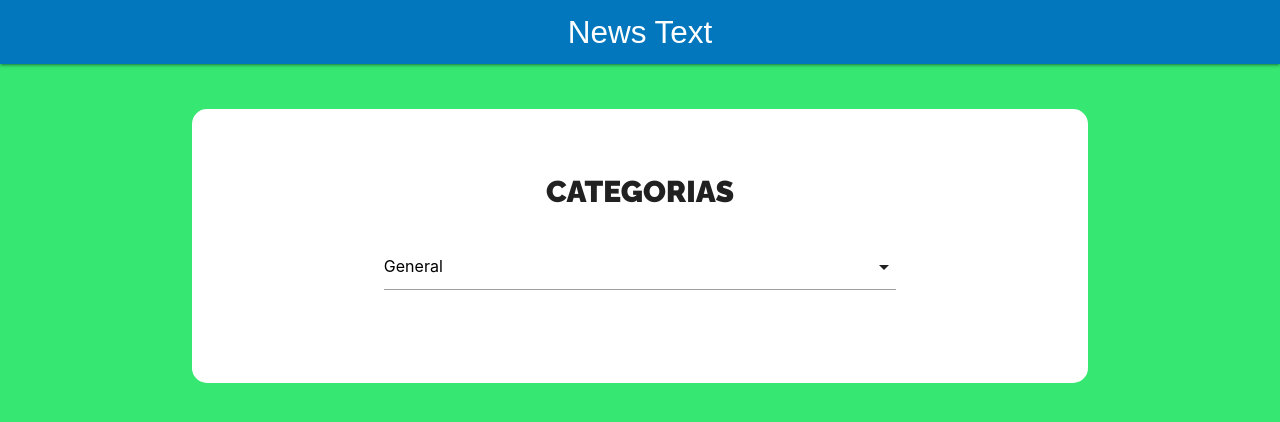
Repository: harrycampaz/news-react
Page: /
These files come from the project's save history. The page is drawn as it stood at one moment and after the next save; the edit follows.
The browser window is 1280 px wide. The pictures show the whole page.
The page's requests for data from a server got no answer. The project was rebuilt for these pictures with package versions that can differ from the ones it lists, and the page was loaded fresh each time. No one was signed in, and anything a server would have sent is missing. Also part of the build but not shown: src/components/news/News.js.

Above is the page before, as saved 2020-01-17 14:08:26.

### public/index.html
<!DOCTYPE html>
<html lang="en">
  <head>
    <meta charset="utf-8" />
    <link rel="icon" href="%PUBLIC_URL%/favicon.ico" />
    <meta name="viewport" content="width=device-width, initial-scale=1" />
    <meta name="theme-color" content="#000000" />
    <meta
      name="description"
      content="Web site created using create-react-app"
    />
    <link rel="apple-touch-icon" href="%PUBLIC_URL%/logo192.png" />
    <!--
      manifest.json provides metadata used when your web app is installed on a
      user's mobile device or desktop. See https://developers.google.com/web/fundamentals/web-app-manifest/
    -->
    <link rel="manifest" href="%PUBLIC_URL%/manifest.json" />
    <link rel="stylesheet" href="https://cdnjs.cloudflare.com/ajax/libs/materialize/1.0.0/css/materialize.min.css">
    <link href="https://fonts.googleapis.com/css?family=Raleway:700,900" rel="stylesheet">





    <!--
      Notice the use of %PUBLIC_URL% in the tags above.
      It will be replaced with the URL of the `public` folder during the build.
      Only files inside the `public` folder can be referenced from the HTML.

      Unlike "/favicon.ico" or "favicon.ico", "%PUBLIC_URL%/favicon.ico" will
      work correctly both with client-side routing and a non-root public URL.
      Learn how to configure a non-root public URL by running `npm run build`.
    -->
    <title>React App</title>
  </head>
  <body>
    <noscript>You need to enable JavaScript to run this app.</noscript>
    <div id="root"></div>
    <!--
      This HTML file is a template.
      If you open it directly in the browser, you will see an empty page.

      You can add webfonts, meta tags, or analytics to this file.
      The build step will place the bundled scripts into the <body> tag.

      To begin the development, run `npm start` or `yarn start`.
      To create a production bundle, use `npm run build` or `yarn build`.
    -->
    <script src="https://cdnjs.cloudflare.com/ajax/libs/materialize/1.0.0/js/materialize.min.js"></script>
    <script>
     document.addEventListener('DOMContentLoaded', function() {
         var elements = document.querySelectorAll('select');
         M.FormSelect.init(elements);
     });
   </script>
  </body>
</html>

### src/index.css
body {
  margin: 0;
  padding: 0;
  font-family: sans-serif;
}

body {
  background-color: #36e771;
}
.card-content h3 {
  font-size: 1.4rem;
}
.row {
  display: flex;
  flex-wrap: wrap;
}
.contenedor-noticias {
  padding: 2rem;
  border-radius: 1rem;
  margin-top: 3rem;
}

.buscador {
  margin-top: 2rem;
  margin-bottom: 2rem;
  text-align: left;
}
.buscador label {
  font-size: 2rem;
  color: black;
}
.dropdown-content li>span {
  color: black;
}
.select-wrapper input.select-dropdown:focus {
  border-bottom: 1px solid #e64a19!important;
}
h2 {
  font-family: 'Raleway', sans-serif;
  font-weight: 900;
  font-size: 2rem;
  text-transform: uppercase;
  text-align: center;
}

.card-action .btn {
  width: 100%;
}
.enviar input[type="submit"] {
  width: 100%;
}

.fade-enter {
  opacity: 0;
  transform: scale(1.25);
}
.fade-enter.fade-enter-active {
  opacity: 1;
  transition: all .5s ease-in;
  transform: scale(1);
}

.fade-exit {
  opacity: 1;
  transform: scale(1.25);
}
.fade-exit.fade-exit-active {
  opacity: 0;
  transition: all .5s ease-in;
  transform: scale(1);
}

### src/App.js
import React, { Component, Fragment } from 'react';
import Header from './components/Header';
import ListNews from './components/news/ListNews';
import Search from './components/Search';
import {GLOBAL} from './config/constants'

class App extends Component {

  state = {

    news: []
  }
  async componentDidMount(){

    this.getNoticias();

  }

  getNoticias =  async (category = 'general') => {
    const url = `${GLOBAL.url}${GLOBAL.version}top-headlines?country=co&category=${category}&apiKey=${GLOBAL.apiKey}`;

    const response = await fetch(url);
    const news = await response.json();

    this.setState({
      news: news.articles
    })
  }

  render() {
    return (

      <Fragment>
      <Header titulo= "News Text"/>
      <div className ="container white contenedor-noticias">

<Search getNoticias = {this.getNoticias}/>
<ListNews news = {this.state.news}/>

      </div>
      </Fragment>
    );
  }
}

export default App;

### src/components/Header.js
import React from 'react';
import PropTypes from 'prop-types';

const Header = ({titulo}) => {
    return (
        <nav className ="nav-wrapper light-blue darken-3">

    <a href="#!" className ="brand-logo center"> {titulo}</a>
        </nav>
    );
};


Header.propTypes = {
    titulo: PropTypes.string.isRequired
};

export default Header;

### src/components/news/ListNews.js
import React from 'react';
import News from './News';
import PropTypes from 'prop-types';

const ListNews = ({news}) => {
    return (
        <div className="row">
            {news.map(newsItem => {
               return <News key={newsItem.url} newsItem ={newsItem} />
            })}
        </div>
    );
};

ListNews.propTypes = {
    news: PropTypes.array.isRequired
};


export default ListNews;

### src/components/Search.js
import React, { Component } from 'react';
import PropTypes from 'prop-types';
class Search extends Component {

    state = {
        category: ''
    }

    componentDidMount(){
        this.setState({
            category: 'general'
        })
    }

    handleCategoy = e => {
        this.setState({
            category: e.target.value
        }, ()=> {
            this.props.getNoticias(this.state.category);
        })

        //enviarlo a la princiale

    }

    render() {
        return (
            <div className="buscardor row">
                <div className = "col s12 m8 offset-m2">
                    <form>
                        <h2>
                            Categorias
                        </h2>

                        <div className ="input-field col s12">

                            <select onChange={this.handleCategoy} >
                                <option value = "general">General</option>
                                <option value = "business">Business</option>
                                <option value = "entertainment">Entertainment</option>
                                <option value = "health">Health</option>
                                <option value = "science">Science</option>
                                <option value = "sports">Sports</option>
                                <option value = "technology">Technology</option>
                            </select>

                        </div>
                    </form>
                </div>


            </div>
        );
    }
}

Search.propTypes = {
    getNoticias: PropTypes.func.isRequired
};

export default Search;

### src/config/constants.js
export const GLOBAL = {

    url: 'https://newsapi.org/',
    version:'v2/',
    apiKey: 'e2e31acf44744967adbfc05c32672e50'
}

Loaded but not shown: src/index.js (common file); src/serviceWorker.js (common file)

After the next save:
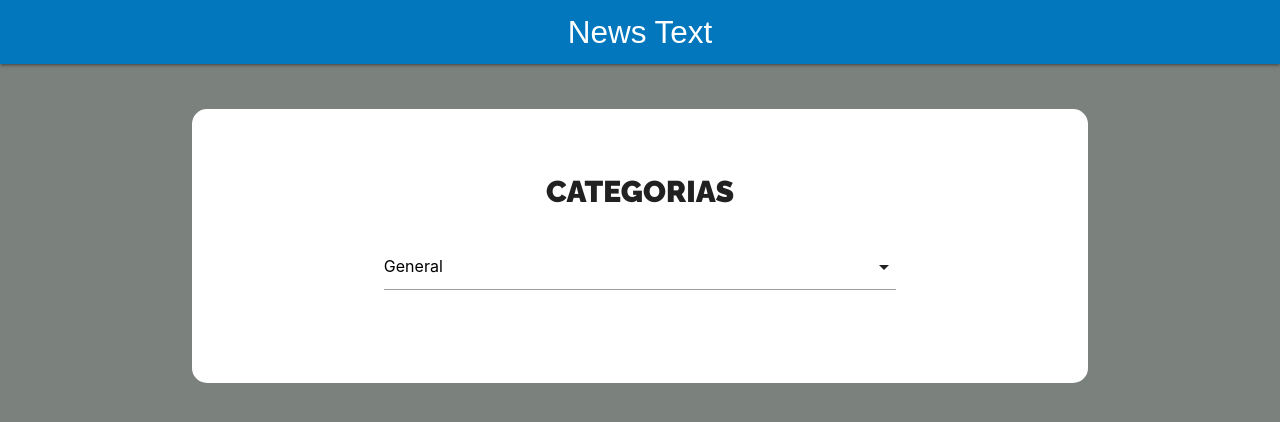
Saved 25 s later.
--- a/src/index.css
+++ b/src/index.css
@@ -5,7 +5,7 @@ body {
 }
 
 body {
-  background-color: #36e771;
+  background-color: #7b817d;
 }
 .card-content h3 {
   font-size: 1.4rem;
